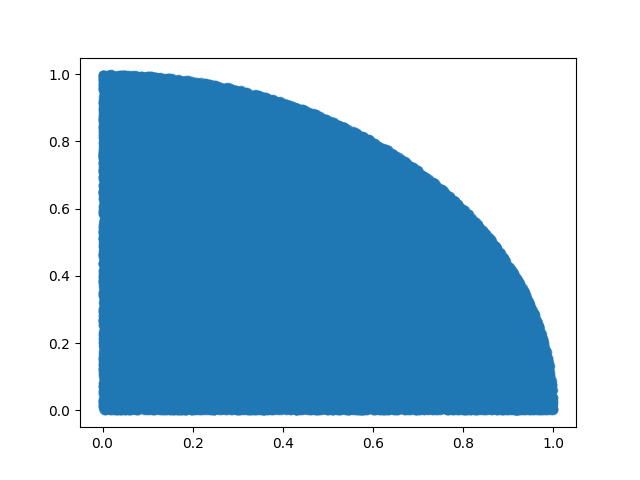
Repository: Nordenbox/Nordenbox_Python_Fundmental
Script's output: python Python_test.py
An editor plug-in stored every save of this project. The script's output is shown before and after the next save, followed by the edit.
Random numbers start from a fixed seed.

Above is the script's output before, as saved 2021-01-03 20:49:15.

After the next save:
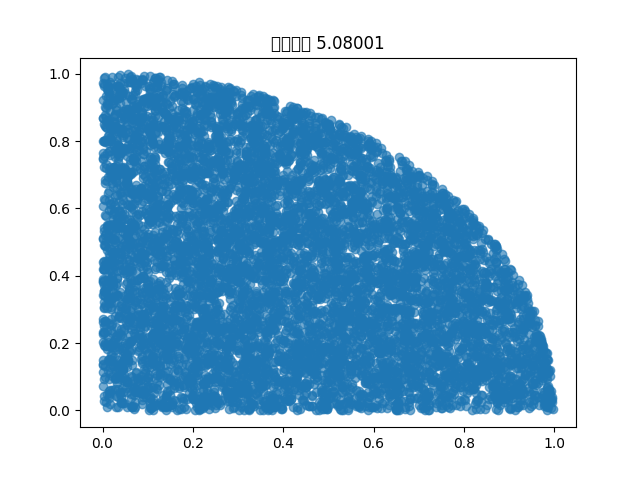
Saved 2 min 25 s later.
--- a/Python_test.py
+++ b/Python_test.py
@@ -4,7 +4,7 @@ import random
 x = []
 y = []
 s=0
-for i in range(100000):
+for i in range(10000):
     m = random.random()
     n = random.random()
     if m*m +n*n <=1:
@@ -13,5 +13,6 @@ for i in range(100000):
     else:
         s+=1
 
-plt.scatter(x,y,alpha = 0.62, label = '圆周率为 {:.7}'.format(4*(s+len(x))/len(x)))
+plt.scatter(x,y,alpha = 0.62)
+plt.title('圆周率为 {:.7}'.format(4*(s+len(x))/len(x)))
 plt.show()
